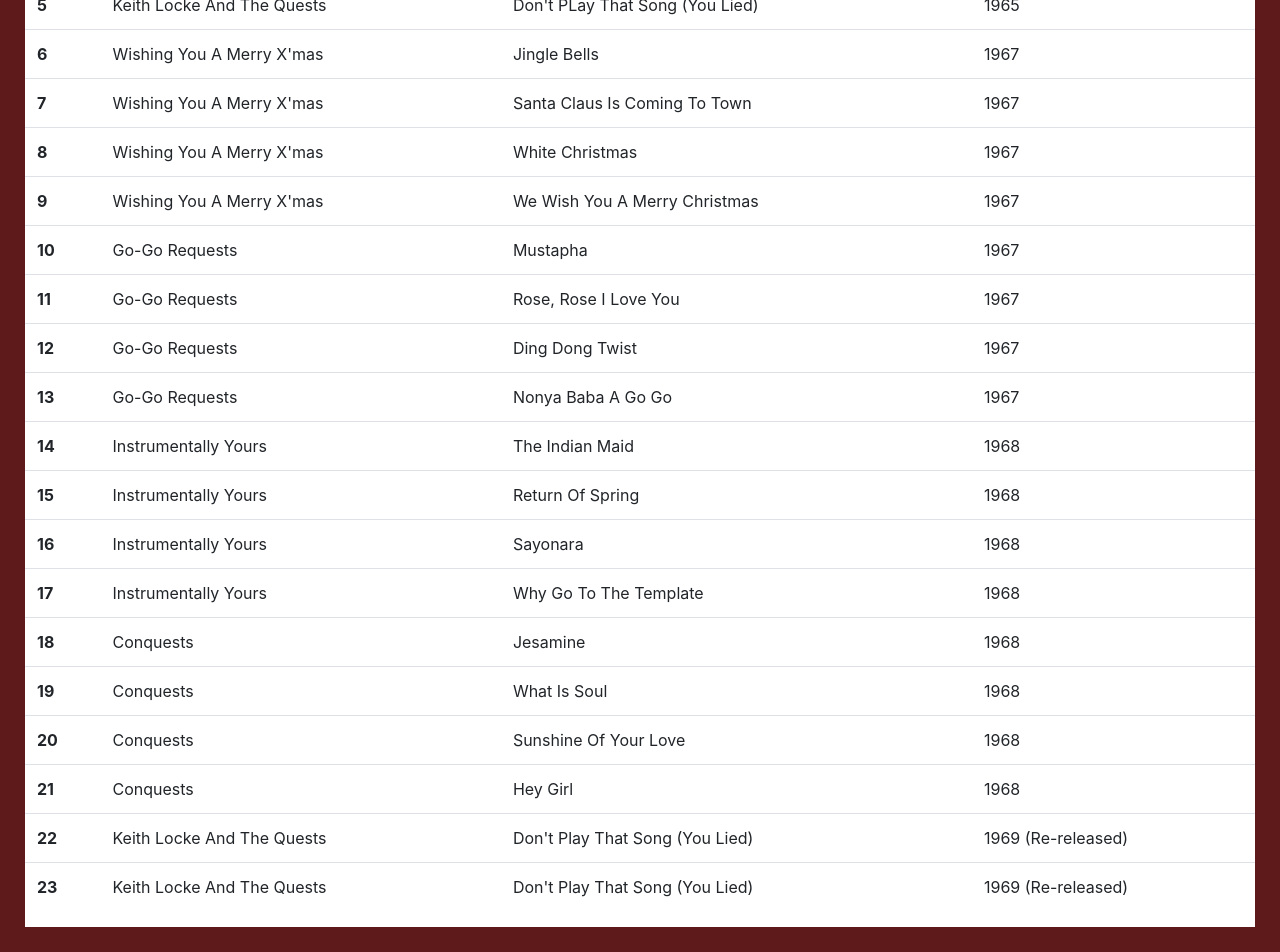
Repository: SamLookingGlass/User-Centric-Frontend-Development-Project
Page: music.html
The author's editor kept a record of every edit. The page is drawn from the files as they stood at one moment, then again after the next edit.
The browser window is 1280 px wide. The pictures show the part of the page from y = 928 to 1880 px (the page is 1880 px tall).
Some web libraries are served in a nearby version.

Above is the page before.

### music.html
<!doctype html>
<html lang="en">

<head>
    <!-- Required meta tags -->
    <meta charset="utf-8">
    <meta name="viewport" content="width=device-width, initial-scale=1, shrink-to-fit=no">

    <!-- Bootstrap CSS -->
    <link rel="stylesheet" href="https://maxcdn.bootstrapcdn.com/bootstrap/4.0.0/css/bootstrap.min.css" integrity="sha384-Gn5384xqQ1aoWXA+058RXPxPg6fy4IWvTNh0E263XmFcJlSAwiGgFAW/dAiS6JXm" crossorigin="anonymous">
    <link href="style.css" rel="stylesheet" type="text/css" />
    <link href="https://fonts.googleapis.com/css?family=Fjalla+One&display=swap" rel="stylesheet">
    <link href="https://fonts.googleapis.com/css?family=Amatic+SC&display=swap" rel="stylesheet">
    <link href="https://fonts.googleapis.com/css?family=Playfair+Display&display=swap" rel="stylesheet">
    <link rel="stylesheet" href="https://cdnjs.cloudflare.com/ajax/libs/font-awesome/4.7.0/css/font-awesome.min.css">
    <title>The Quests Official - Music</title>
</head>

<body id="borderhome">
    <!--<div class="container-fluid" style="height:2vw"></div>-->
    <nav class="fontnew" id="navbg">
        <div class="container-fluid">
            <div class="row d-lg-flex">
                <div class="col-5 navnew navleft d-flex justify-content-end">
                    <ul class="d-flex">
                        <li><a href="home.html">HOME</a></li>
                        <li id="active"><a href="music.html">MUSIC</a></li>
                        <li><a href="history.html">HISTORY</a></li>
                    </ul>
                </div>
                <div class="col-2 d-lg-flex justify-content-center">
                    <a class="" href="home.html">
                     <img id="navlogo" class="img-fluid" src="images/logo.png" alt="logo">
                </a>
                </div>
                <div class="col-5 navnew navright d-lg-flex justify-content-start">
                    <ul class="d-flex">
                        <li><a href="tour.html">TOUR</a></li>
                        <li><a href="gallery.html">GALLERY</a></li>
                    </ul>
                </div>
            </div>
        </div>
    </nav>
    <main>
        <div id="imagebg">
        </div>
    </main>
    <section>
        <div style="height:420pt" class="container-fluid">
            <div class="row">
                <div class="col-1"></div>
                <div class="col-5 fonttypo-gallery">
                    <h2 class="cardbod">
                        “Mrs Devan liked both songs and she asked me what my tune was called.
                        <br>
                        <br>
                        I didn’t have a name, so at the spur of the moment,
                        I said: ‘Call it Shanty’.”
                        <br>
                        <br>
                    </h2>
                    <h3>
                        - Jap Cheong, Band Leader
                    </h3>
                </div>
                <div class="col-5 d-flex cardbod-music fonttypo-gallery">
                    <div class="row" >
                        <iframe width="250" height="250" scrolling="no" frameborder="no" allow="autoplay" src="https://w.soundcloud.com/player/?url=https%3A//api.soundcloud.com/tracks/129465381&color=%23ff5500&auto_play=false&hide_related=false&show_comments=false&show_user=false&show_reposts=false&show_teaser=false&visual=true"></iframe>
                        <iframe width="250" height="250" scrolling="no" frameborder="no" allow="autoplay" src="https://w.soundcloud.com/player/?url=https%3A//api.soundcloud.com/tracks/264145685&color=%23ff5500&auto_play=false&hide_related=false&show_comments=false&show_user=false&show_reposts=false&show_teaser=false&visual=true"></iframe>
                    </div>
                    <div class="row" >
                        <iframe width="250" height="250" scrolling="no" frameborder="no" allow="autoplay" src="https://w.soundcloud.com/player/?url=https%3A//api.soundcloud.com/tracks/2890725&color=%23ff5500&auto_play=false&hide_related=false&show_comments=false&show_user=false&show_reposts=false&show_teaser=false&visual=true"></iframe>
                        <iframe width="250" height="250" scrolling="no" frameborder="no" allow="autoplay" src="https://w.soundcloud.com/player/?url=https%3A//api.soundcloud.com/tracks/2890821&color=%23ff5500&auto_play=false&hide_related=false&show_comments=false&show_user=false&show_reposts=false&show_teaser=false&visual=true"></iframe>
                    </div>
                </div>
                <div class="col-1"></div>
            </div>
        </div>
    </section>
    <section>
        <table class="table table-hover">
  <thead>
    <tr>
      <th>#</th>
      <th>Album</th>
      <th>Song</th>
      <th>Year Released</th>
    </tr>
  </thead>
  <tbody>
    <tr>
      <th scope="row">1</th>
      <td>The Quests [Singapore]</td>
      <td>Shanty</td>
      <td>1964</td>
    </tr>
    <tr>
      <th scope="row">2</th>
      <td>The Quests [Singapore]</td>
      <td>Gallopin'</td>
      <td>1964</td>
    </tr>
    <tr>
      <th scope="row">3</th>
      <td>The Quests [Singapore]</td>
      <td>Pop Inn Theme (Watch Your Step)</td>
      <td>1965</td>
    </tr>
    <tr>
      <th scope="row">4</th>
      <td>Keith Locke And The Quests</td>
      <td>Be My Girl</td>
      <td>1965</td>
    </tr>
    <tr>
      <th scope="row">5</th>
      <td>Keith Locke And The Quests</td>
      <td>Don't PLay That Song (You Lied)</td>
      <td>1965</td>
    </tr>
    <tr>
      <th scope="row">6</th>
      <td>Wishing You A Merry X'mas</td>
      <td>Jingle Bells</td>
      <td>1967</td>
    </tr>
    <tr>
      <th scope="row">7</th>
      <td>Wishing You A Merry X'mas</td>
      <td>Santa Claus Is Coming To Town</td>
      <td>1967</td>
    </tr>
    <tr>
      <th scope="row">8</th>
      <td>Wishing You A Merry X'mas</td>
      <td>White Christmas</td>
      <td>1967</td>
    </tr>
    <tr>
      <th scope="row">9</th>
      <td>Wishing You A Merry X'mas</td>
      <td>We Wish You A Merry Christmas</td>
      <td>1967</td>
    </tr>
    <tr>
      <th scope="row">10</th>
      <td>Go-Go Requests</td>
      <td>Mustapha</td>
      <td>1967</td>
    </tr>
    <tr>
      <th scope="row">11</th>
      <td>Go-Go Requests</td>
      <td>Rose, Rose I Love You</td>
      <td>1967</td>
    </tr>
    <tr>
      <th scope="row">12</th>
      <td>Go-Go Requests</td>
      <td>Ding Dong Twist</td>
      <td>1967</td>
    </tr>
    <tr>
      <th scope="row">13</th>
      <td>Go-Go Requests</td>
      <td>Nonya Baba A Go Go</td>
      <td>1967</td>
    </tr>
    <tr>
      <th scope="row">14</th>
      <td>Instrumentally Yours</td>
      <td>The Indian Maid</td>
      <td>1968</td>
    </tr>
    <tr>
      <th scope="row">15</th>
      <td>Instrumentally Yours</td>
      <td>Return Of Spring</td>
      <td>1968</td>
    </tr>
    <tr>
      <th scope="row">16</th>
      <td>Instrumentally Yours</td>
      <td>Sayonara</td>
      <td>1968</td>
    </tr>
    <tr>
      <th scope="row">17</th>
      <td>Instrumentally Yours</td>
      <td>Why Go To The Template</td>
      <td>1968</td>
    </tr>
    <tr>
      <th scope="row">18</th>
      <td>Conquests</td>
      <td>Jesamine</td>
      <td>1968</td>
    </tr>
    <tr>
      <th scope="row">19</th>
      <td>Conquests</td>
      <td>What Is Soul</td>
      <td>1968</td>
    </tr>
    <tr>
      <th scope="row">20</th>
      <td>Conquests</td>
      <td>Sunshine Of Your Love</td>
      <td>1968</td>
    </tr>
    <tr>
      <th scope="row">21</th>
      <td>Conquests</td>
      <td>Hey Girl</td>
      <td>1968</td>
    </tr>
    <tr>
      <th scope="row">22</th>
      <td>Keith Locke And The Quests</td>
      <td>Don't Play That Song (You Lied)</td>
      <td>1969 (Re-released)</td>
    </tr>
    <tr>
      <th scope="row">23</th>
      <td>Keith Locke And The Quests</td>
      <td>Don't Play That Song (You Lied)</td>
      <td>1969 (Re-released)</td>
    </tr>
  </tbody>
</table>
    </section>

    <!-- Optional JavaScript -->
    <!-- jQuery first, then Popper.js, then Bootstrap JS -->
    <script src="https://code.jquery.com/jquery-3.2.1.slim.min.js" integrity="sha384-KJ3o2DKtIkvYIK3UENzmM7KCkRr/rE9/Qpg6aAZGJwFDMVNA/GpGFF93hXpG5KkN" crossorigin="anonymous"></script>
    <script src="https://cdnjs.cloudflare.com/ajax/libs/popper.js/1.12.9/umd/popper.min.js" integrity="sha384-ApNbgh9B+Y1QKtv3Rn7W3mgPxhU9K/ScQsAP7hUibX39j7fakFPskvXusvfa0b4Q" crossorigin="anonymous"></script>
    <script src="https://maxcdn.bootstrapcdn.com/bootstrap/4.0.0/js/bootstrap.min.js" integrity="sha384-JZR6Spejh4U02d8jOt6vLEHfe/JQGiRRSQQxSfFWpi1MquVdAyjUar5+76PVCmYl" crossorigin="anonymous"></script>
</body>

</html>

### style.css
/*Sanity Checks*/
.blue {
    background-color:blue;

}
.bod {
    border:solid 1px black;
}

/*Home Styling*/
.cardbod {
    margin-top:4.5vw;
    padding:0.5vw;
    border-radius: 5px;
    /*align-items: center;*/
    display: flex;
    flex-direction: column;
}

/*Arrow Test https://codepen.io/raf187/pen/BvgGRQ*/
.red {
    margin-top:17vw;
}
body{
  margin-top: 0;
  padding: 0;
}
.arrow{
    position: absolute;
    top: 50%;
    left: 50%;
    transform: translate(-50%,-50%);
}
.arrow span{
    display: block;
    width: 30px;
    height: 30px;
    border-bottom: 5px solid rgb(158,2,13,0.7);
    border-right: 5px solid rgb(158,2,13,0.7);
    transform: rotate(45deg);
    margin: -12px;
    animation: animate 2s infinite;
}
.arrow span:nth-child(2){
    animation-delay: -0.2s;
}
.arrow span:nth-child(3){
    animation-delay: -0.4s;
}

@keyframes animate {
    0%{
        opacity: 0;
        transform: rotate(45deg) translate(-20px,-20px);
    }
    50%{
        opacity: 1;
    }
    100%{
        opacity: 0;
        transform: rotate(45deg) translate(20px,20px);
    }
}

/**/
#borderhome {
    border: solid 2vw rgb(94,26,26);
    /*border: solid 2vw rgb(158,2,13);*/
}

/*Parralax Scrolling */
.parralax {
    background-color:teal;
    height:460pt;
    background-attachment: fixed;
    background-position: center;
    background-repeat: no-repeat;
    background-size: cover;
}

.notparralax {
    background-image:url("images/image11.jpg");
    height:400pt;
    background-attachment: fixed;
    background-position: center;
    background-repeat: no-repeat;
    background-size: cover;
}

.notparralax div {
    padding-top:1vw;
}


/*Optional Color background-color:rgba(207, 0, 15, 0.6)*/
#navbg {
    background:rgb(94,26,26);
    background:linear-gradient(58deg, rgba(94,26,26,0.78) 42%, rgba(52,10,10,0.9) 48%, rgba(158,2,13,0.78) 48%);
    margin: 0 3vw;
    border-radius:15vw 0 15vw 0;
}

#navbg1 {
    background:rgb(94,26,26);
    background:linear-gradient(58deg, rgba(94,26,26,0.78) 42%, rgba(52,10,10,0.9) 48%, rgba(158,2,13,0.78) 48%);
    margin: 0 2vw;
    /*border-radius:15vw 15vw 0 0;*/
}

#active {
    text-decoration: underline overline;
}

.badgedesign {
    margin:10pt;
    padding:10pt;
    border: solid white 2pt;
    background-color:rgba(0, 0, 0, 0.6);
}

#navlogo {
   filter: invert(1);
   padding-top: 1.5vw;
}
.navnew li a {
    color: white;
}

.navnew li a:hover {
    text-decoration: underline overline;
}

.navnew li {
    text-decoration: none;
    list-style: none;
    padding-top: 1.5vw;
    margin: 5pt;
    font-size: 1.5vw;
    font-weight: bold;
}

.navright ul {
    position: relative;
    padding-left:0;
}

.navleft ul {
    position: relative;
    padding-right:0;
}

.fontnew {
    color:white;
    font-size: 1vw;
    font-family: 'Fjalla One', sans-serif;
    letter-spacing:0.2vw;

}

.fonttypo {
    font-family: 'Playfair Display', serif;
    color:white;
    font-size: 1vw;
    font-weight:bolder;
}

.fontfooter {
    color:white;
    font-size: 1vw;
    font-family: 'Fjalla One', sans-serif;
    letter-spacing:0.2vw;
    padding:0.18vw;
}

#sec1 h1, p{
    padding:5pt;
    margin:10pt;
}

#videobg {
    z-index: -1;
    position: fixed;
    right: 0;
    bottom: 0;
    min-width: 100%;
    min-height: 120%;
}

@media (min-aspect-ratio: 16/9) {
    #videobg {
        width: 100%;
        height: auto;
    }
}

@media (min-aspect-ratio: 16/9) {
    #videobg {
        width: auto;
        height: 100%;
    }
}

/*edit size*/
@media (max-width: 200px) {
    #videobg {
        display: none;
    }
    body {
        background: url("");
        background-size: cover;
    }
}

/*Newsletter Form*/
/*To reference DNCE*/
.formbackground {
    margin-top:5vw;
    background-color:rgba(0, 0, 0, 0.8);
    padding:2vw;
}
#formcta {
    text-align: center;
    line-height: 1;
    cursor: pointer;
    vertical-align: middle;
    padding: .85em 1em;
    color: #fefefe;
    font-weight: 700;
    border-radius: 1px;
    margin: 0 10px 0 auto;
    border: none;
    transition: background .2s ease-in-out;
    font-size: 1rem;
    outline: 0;
    letter-spacing: .1em;
    text-transform: uppercase;
}

/*To reference DNCE*/
.blockheader {
    display: inline-block;
    font-family: "Amatic SC",cursive;
    font-size: calc(1.11111vw + 20.44px);
    font-weight: 700;
    border: 3px solid #f00833;
    color: white;
    padding: 0 1.125rem;
    margin: 0;
    border-radius: 1px;
    clear: both;
    letter-spacing: .05em;
    text-align: left;
    width: auto;
    text-transform: uppercase;
    position: relative;
    left: -1%;
    transform: skew(3deg);
}
.blockheader::after {
    content: '';
    width: 0;
    height: 0;
    top: auto;
    border-style: solid;
    border-width: 12px 0 0 8px;
    border-color: #f00833 transparent transparent;
    position: absolute;
    bottom: -13px;
    left: 6%;
    z-index: 0;
    transform: rotate(-7deg);
}

#red-font {
    color: #f00833;
}

/*Gallery Styling*/


.fonttypo-gallery {
    font-family: 'Playfair Display', serif;
    color:rgb(158,2,13);
    font-size: 1vw;
    font-weight:bolder;
}

#imagebg {
    z-index: -1;
    position: fixed;
    right: 0;
    bottom: 0;
    min-width: 100%;
    min-height: 100%;
    background-size: cover;
    /*background-image: url("images/home1.jpg");*/
}

/*Reference for Gallery Images https://codepen.io/ozzy21/pen/JqgrvP*/

#gallerybod {
  margin: 0;
  padding: 0;
}
.container {
  width: 100%;
  display: grid;
  grid-auto-flow: dense;
  grid-template:
    "1fr 1fr 1fr 1fr 1fr" 33.33vh
    "1fr 1fr 1fr 1fr 1fr" 33.33vh
    "1fr 1fr 1fr 1fr 1fr" 33.33vh;
}

.container .box {
  position: relative;
  background: #ccc;
}
.container .box.a {
  grid-row: span 2;
}
.container .box.b,
.container .box.f,
.container .box.h,
.container .box.j {
  grid-column: span 2;
}
.container .box img {
  position: absolute;
  top: 0;
  left: 0;
  width: 100%;
  height: 100%;
  object-fit: cover;
}
@media (max-width: 991px) {
  .container {
    grid-template:
      "1fr 1fr 1fr" 250px
      "1fr 1fr 1fr" 250px
      "1fr 1fr 1fr" 250px
      "1fr 1fr 1fr" 250px
      "1fr 1fr 1fr" 250px;
  }
}
@media (max-width: 768px) {
  .container {
    grid-template:
      "1fr 1fr" 200px
      "1fr 1fr" 200px
      "1fr 1fr" 200px
      "1fr 1fr" 200px
      "1fr 1fr" 200px
      "1fr 1fr" 200px
      "1fr 1fr" 200px;
  }
}
.container .box.h {
  grid-column: span 1;
}

/*Music Styling*/
.cardbod-music {
    padding-top:2vw;
}

.cardbod-music div{
    margin:0.2vw;
}

After the next edit:
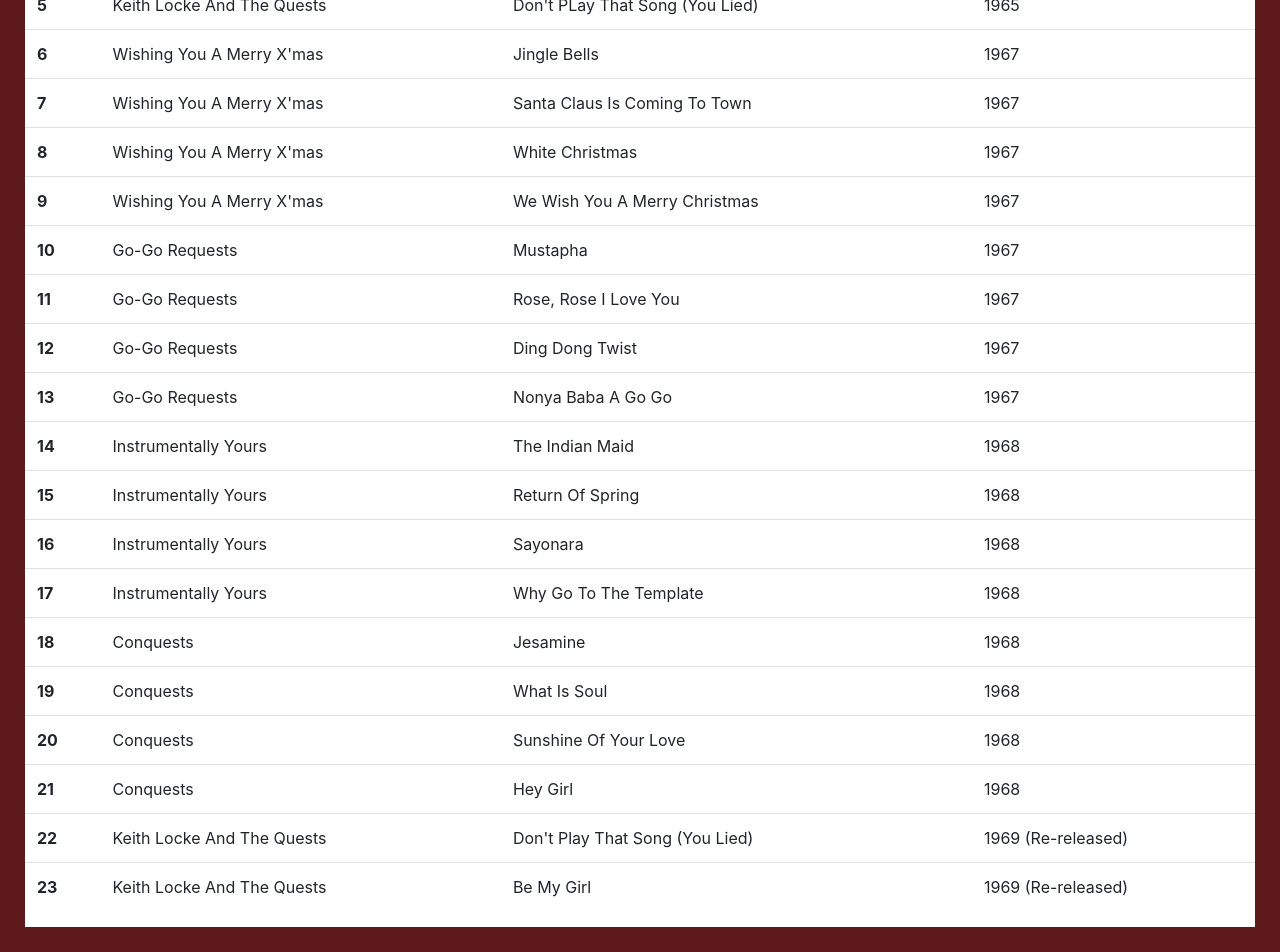
The edit:
--- a/music.html
+++ b/music.html
@@ -224,7 +224,7 @@
     <tr>
       <th scope="row">23</th>
       <td>Keith Locke And The Quests</td>
-      <td>Don't Play That Song (You Lied)</td>
+      <td>Be My Girl</td>
       <td>1969 (Re-released)</td>
     </tr>
   </tbody>
